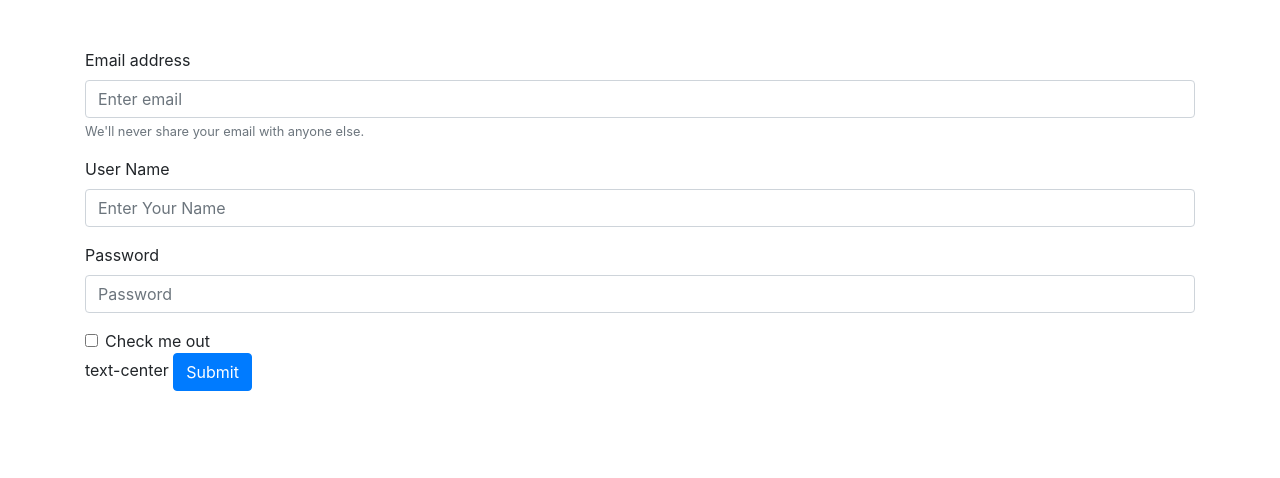
Repository: wanderwisecoder/spring_framework_learnings
Page: http://localhost/SpringMVC/contact
The author's editor kept a copy of each file at every save. The page is drawn from the files as they stood at one save, then again after the next save.
The browser window is 1280 px wide. The pictures show the whole page.
Some web libraries are served in a nearby version. The page is served by Tomcat 9.

Above is the page before, as saved 2023-12-19 08:52:07.

After the next save:
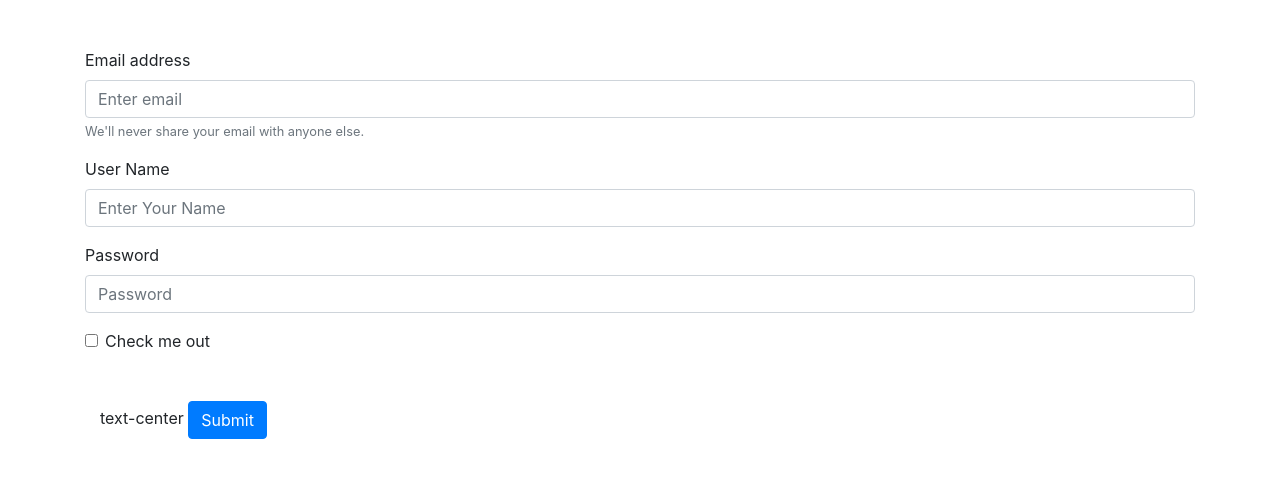
Saved 9 s later.
--- a/SpringMVC/src/main/webapp/WEB-INF/views/contact.jsp
+++ b/SpringMVC/src/main/webapp/WEB-INF/views/contact.jsp
@@ -39,7 +39,7 @@
 				<label class="form-check-label" for="exampleCheck1">Check me
 					out</label>
 			</div>
-			text-center
+			<div class="container  mt-5">text-center
 			<button type="submit" class="btn btn-primary">Submit</button>
 		</form>
 	</div>
